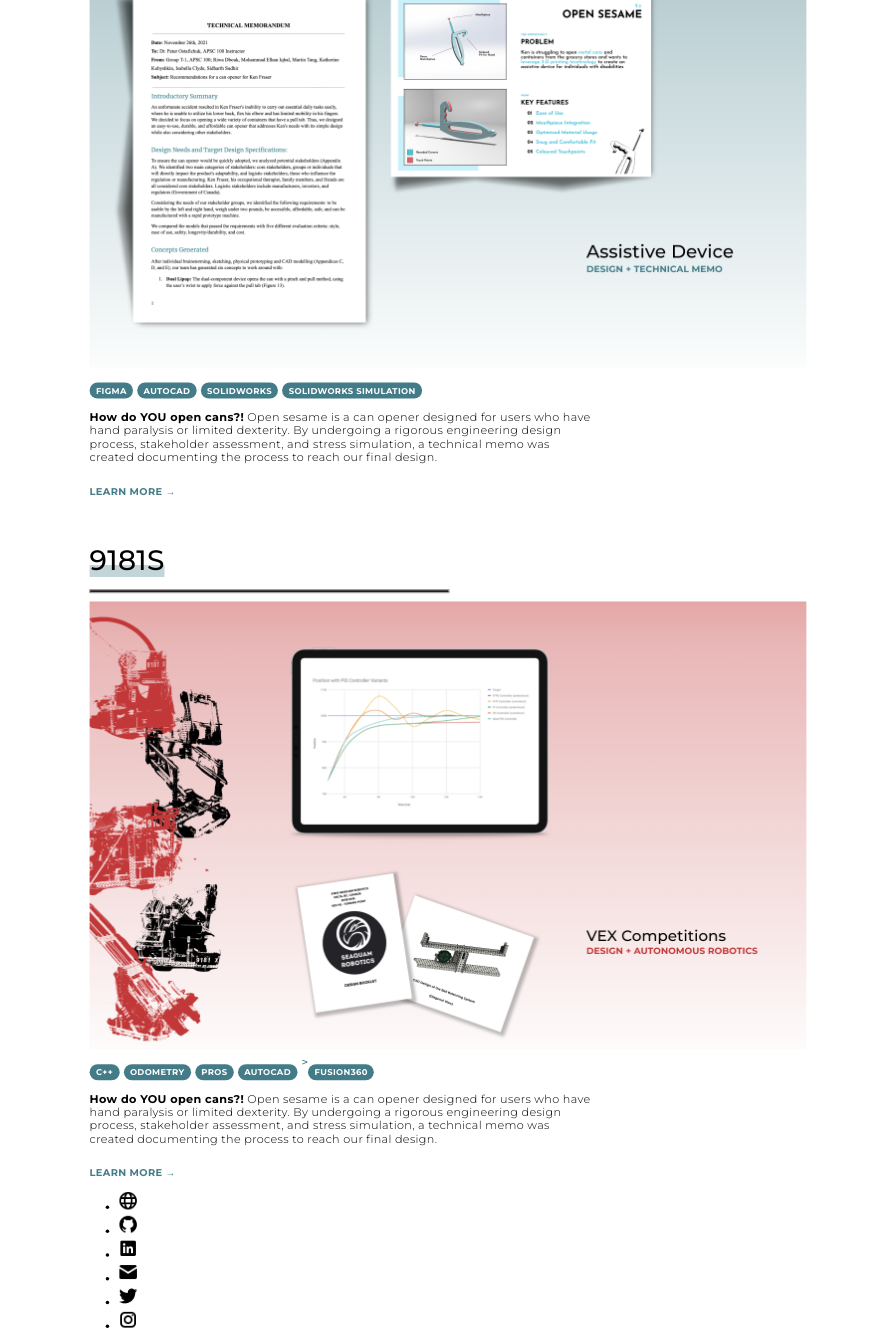
Repository: TangMartin/martintang
Page: index.html
These files come from the project's save history. The page is drawn as it stood at one moment and after the next save; the edit follows.
The browser window is 1280 px wide. The pictures show the part of the page from y = 3266 to 5186 px (the page is 5186 px tall), at 70% of full size.

Above is the page before, as saved 2021-11-30 23:27:53.

After the next save:
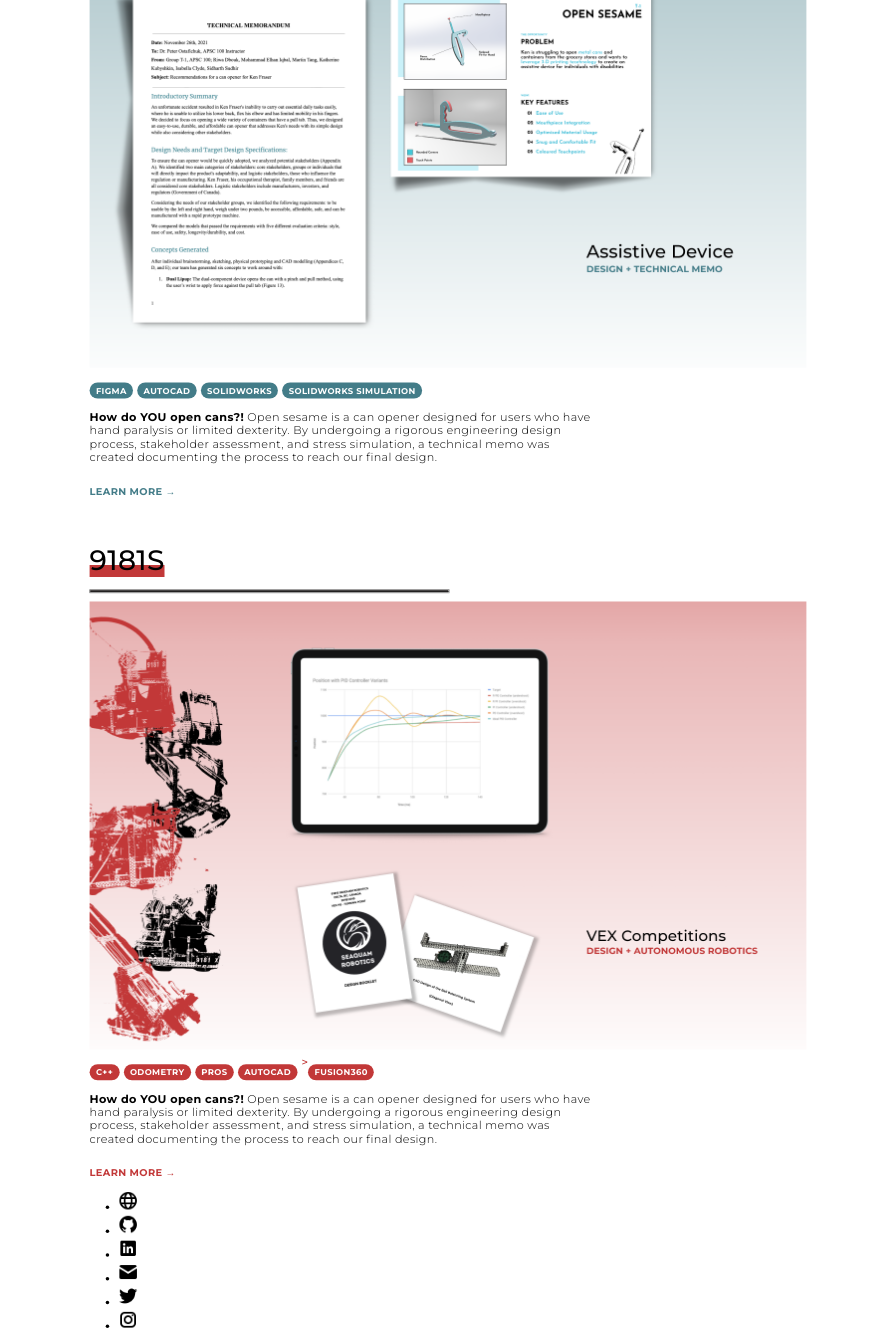
Saved 12 s later.
--- a/index.html
+++ b/index.html
@@ -101,8 +101,8 @@
                 </li>
 
                 <!-- VEX Robotics -->
-                <li class="work_item" style="--work-color: #437C88;">
-                    <h1><span class="highlight" style="--highlighter-color: #437c8852;">9181S</span></h1>
+                <li class="work_item" style="--work-color: #C23838;">
+                    <h1><span class="highlight" style="--highlighter-color: #C23838;">9181S</span></h1>
                     <hr style="height:2.5px; width:50%; margin-left:0; background-color:#222020; display: inline-block">
                     <img class="work_image" src="./assets/images/Robotics.png" />
                     <div class="technologies">
